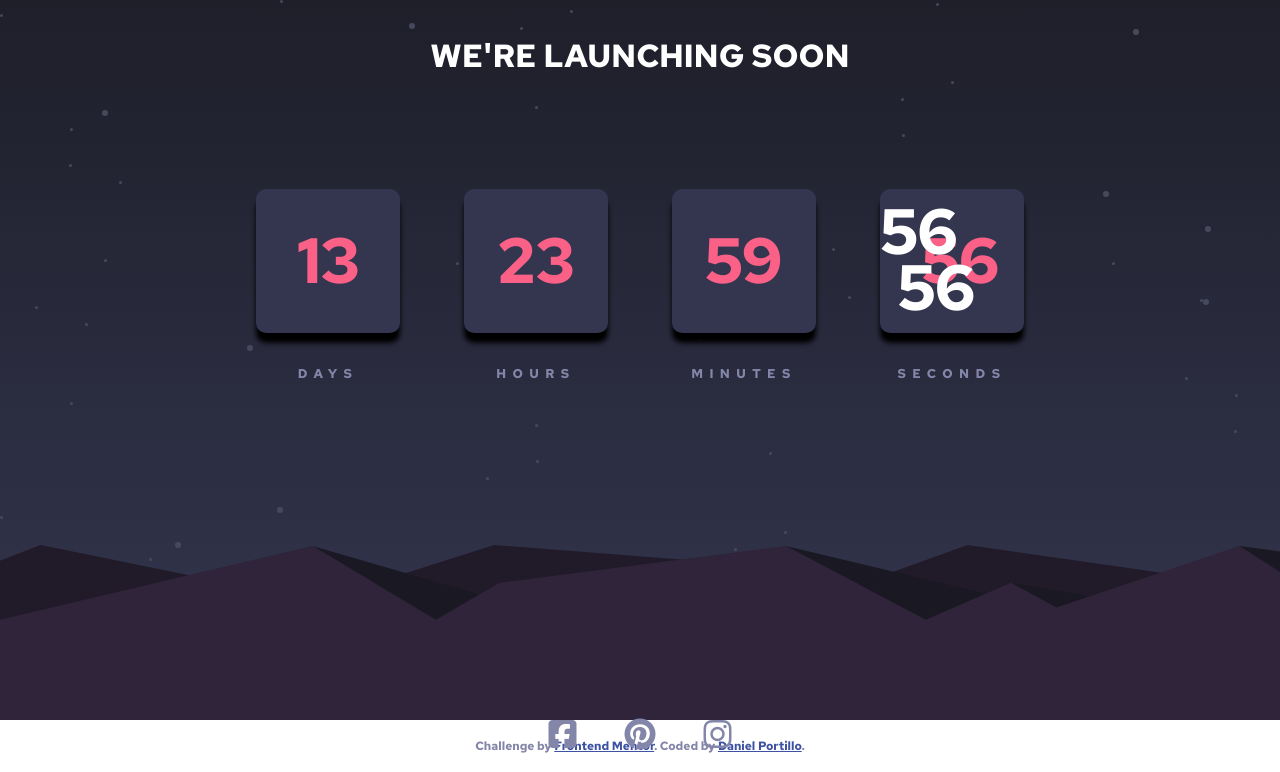
Repository: dportillo23/launch-countdown-timer-main
Page: index.html
The author's editor kept a copy of each file at every save. The page is drawn from the files as they stood at one save, then again after the next save.
The browser window is 1280 px wide. The pictures show the whole page.
Some web libraries are served in a nearby version. The style sheet was rebuilt from its Sass, Less or Tailwind sources for each picture, by a compiler version that may differ from the author's.

Above is the page before, as saved 2021-06-28 18:13:37.

### index.html
<!DOCTYPE html>
<html lang="en">

<head>
  <meta charset="UTF-8">
  <meta name="viewport" content="width=device-width, initial-scale=1.0">

  <!-- displays site properly based on user's device -->
  <link rel="stylesheet" href="style.css">
  <link rel="icon" type="image/png" sizes="32x32" href="./images/favicon-32x32.png">

  <!-- Fontawesome connection -->
  <script src="https://kit.fontawesome.com/22e099610c.js" crossorigin="anonymous"></script>
  <link rel="stylesheet" href="path/to/font-awesome/css/font-awesome.min.css">

  <!-- Google fonts -->
  <link rel="preconnect" href="https://fonts.gstatic.com">
  <link href="https://fonts.googleapis.com/css2?family=Red+Hat+Text:wght@700&display=swap" rel="stylesheet">

  <title>Frontend Mentor | Launch countdown timer</title>

</head>

<body>
  <div class="header">
    <div class="container">

      <h1 class="title">We're launching soon</h1>

      <!-- Cards Section -->
      <div class="cards--section">

        <!-- Days card -->
        <div class="cards--container">
          <div class="card--number--container days" id="days">
            14
          </div>
          <h3 class="card--subtitle">Days</h3>
        </div>

        <!-- Hours card -->
        <div class="cards--container">
          <div class="card--number--container front  hours" id="hours">
            00
          </div>
          <h3 class="card--subtitle">Hours</h3>
        </div>

        <!-- Minutes card -->
        <div class="cards--container">
          <div class="card--number--container  minutes" id="minutes">
            00
          </div>
          <h3 class="card--subtitle">Minutes</h3>
        </div>

        <!-- Seconds card -->
        <div class="cards--container">
          <div class="card--number--container seconds" data-value="" id="seconds">
           00
          </div>
          <h3 class="card--subtitle">Seconds</h3>
        </div>
      </div>

      <!-- Social media icons section -->
      <div class="social--container">
        <img src="./images/pattern-hills.svg" alt="hills" srcset="">
        <a href=""><i class="fab fa-facebook-square"></i></a></i><a href=""><i class="fab fa-pinterest"></i></a><a
          href=""><i class="fab fa-instagram"></i></a></div>
    </div>
  </div>

<!-- Footer -->
  <footer>
    <div class="attribution">
      Challenge by <a href="https://www.frontendmentor.io?ref=challenge" target="_blank">Frontend Mentor</a>.
      Coded by <a href="https://dportillo23.github.io/My-Personal-Site/">Daniel Portillo</a>.
    </div>
  </footer>

  <script src="app.js"></script>
</body>

</html>

### app.js
// Constants and DOM objects
const seconds = 1000;
const minutes = seconds * 60;
const hours = minutes * 60;
const days = hours * 24;



//  Timer elements
const timeDays = document.getElementById("days");
const timeHours = document.getElementById("hours");
const timeMinutes = document.getElementById("minutes");
const timeSeconds = document.getElementById("seconds");

// Cards Elements
const daysContainer = document.querySelector(".days");
const hoursContainer = document.querySelector(".hours");
const minutesContainer = document.querySelector(".minutes");
const secondsContainer = document.querySelector(".seconds");




// Functions
function difference(endTime, startTime) {
    return endTime - startTime;
}

function addLeadingZero(num) {
    if (num < 10) {
        num = "0" + num;
    }
    return num;
}


function flipCard(card) {
    card.classList.toggle("flipped");
}


//  Interval to make the countdown
var counter = 0
var leftTime = {
    d: [],
    h: [],
    m: [],
    s: [],
}

//Change 60 for 00
const sixtyToZero = num => {
    if (num == 60) {
        num = "00"
    }

    return num
}

// Set counter final day
const finish = new Date();
finish.setDate(finish.getDate() + 14);

// Start countdown
setInterval(() => {
    const actualTime = new Date();
    const timeDifference = difference(finish, actualTime);

    if (counter === 0) {
        leftTime = {
            d: [Math.floor(timeDifference / days), Math.floor(timeDifference / days)],
            h: [Math.floor((timeDifference % days)/ hours ), Math.floor((timeDifference % days)/ hours )],
            m: [Math.floor((timeDifference % hours) / minutes), Math.floor((timeDifference % hours) / minutes)],
            s: [Math.floor((timeDifference % minutes) / seconds) + 1, Math.floor((timeDifference % minutes) / seconds) + 1],
        }

    } else {
        leftTime = {
            d: [Math.floor(timeDifference / days), leftTime.d[0]],
            h: [Math.floor((timeDifference % days)/ hours ), leftTime.h[0]],
            m: [Math.floor((timeDifference % hours) / minutes), leftTime.m[0]],
            s: [Math.floor((timeDifference % minutes) / seconds) + 1, leftTime.s[0]],
        }
    }


    // Add leading zero if needed
    for (const item in leftTime) {
        leftTime[item] = leftTime[item].map(num => addLeadingZero(num))
    }


    //  Change numbers in HTML
    secondsContainer.setAttribute("data-value", leftTime.s[0])
    timeDays.innerHTML = sixtyToZero(leftTime.d[0]);
    timeHours.innerHTML = sixtyToZero(leftTime.h[0]);
    timeMinutes.innerHTML = sixtyToZero(leftTime.m[0]);
    timeSeconds.innerHTML = sixtyToZero(leftTime.s[0]);

    counter += 1

    console.log(leftTime)

}, 500);

### style.scss
*, *::before, *::after {
    box-sizing: border-box;
    margin: 0;
}

$col-ppal: hsl(237, 18%, 59%);
$col-red: hsl(345, 95%, 68%);

$col-dark: hsl(236, 21%, 26%);
$col-dark-blue: hsl(235, 16%, 14%);
$col-darker: hsl(234, 17%, 12%);

body {
    font-family: 'Red Hat Text', sans-serif;
    color: $col-ppal;
}

.header {
    min-height: 100vh;
    display: flex;
    flex-direction: column;
    justify-content: center;
    align-items: center;
    background: linear-gradient($col-dark-blue, $col-dark);
}

.container {
    min-height: 100vh;
    width: 100%;
    display: flex;
    flex-direction: column;
    justify-content: center;
    align-items: center;
    gap: 7em;
    position: relative;
    background: url('./images/bg-stars.svg');
}

.title {
    text-transform: uppercase;
    color: #fff;
}

// Cards Secition

.cards--section {
    display: flex;
    gap: 4em;
}

.cards--container {
    display: flex;
    flex-direction: column;
    gap: 2em;
    justify-content: center;
    align-items: center;
}

.card--number--container {
    display: flex;
    justify-content: center;
    align-items: center;
    padding: 1em;
    width: 2.25em;
    height: 2.25em;
    background-color: $col-dark;
    border-radius: 10px;
    box-shadow: 0 10px 5px black;
    position: relative;
    overflow: hidden;
    transition: all 0.5s ease;
    backface-visibility: hidden;
    transform: rotateX(0deg);
    color: $col-red;
    font-size: 4rem;

    &::before {
        content: attr(data-value);
        width: 100%;
        height: 100%;
        color: white;
        // position: absolute;
        // top: 50%;
        // left: 50%;
        transform: translate(-50%, -50%);
    }

    &::after {
        content: attr(data-value);
        width: 100%;
        height: 100%;
        color: white;
        position: absolute;
        top: 50%;
        left: 50%;
        transform: translate(-50%, -50%);
    }
}

.card--subtitle {
    text-transform: uppercase;
    letter-spacing: 0.5em;
    font-size: 0.8em;
}

// Social media section

.social--container {
    width: 100%;
    height: 100%;
    padding-top: 10em;
    display: flex;
    align-items: center;
    justify-content: center;
    gap: 3em;
    // background: lightblue;

    img {
        width: 100%;

        position: absolute;
        z-index: 0;
        bottom: 0;
    }
}

.fab {
    position: relative;
    top: 2em;
    z-index: 1;
    font-size: 2rem;
    color:$col-ppal;

    &:hover {
        color: $col-red;
    }
}

// Footer

.attribution {
    padding: 1.5em;
    font-size: 12px; text-align: center;
    a {
        color: hsl(228, 45%, 44%);
    }
}

After the next save:
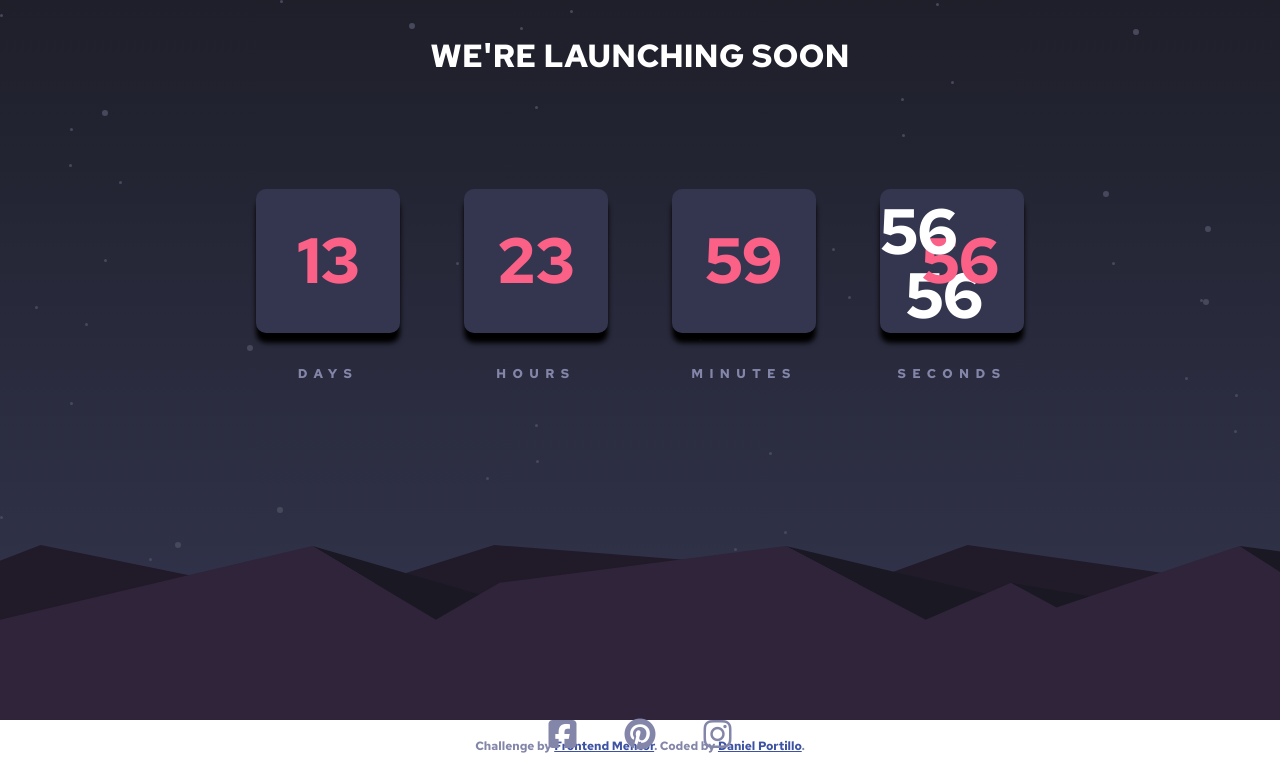
Saved 8 s later.
--- a/style.scss
+++ b/style.scss
@@ -82,7 +82,7 @@ body {
         // position: absolute;
         // top: 50%;
         // left: 50%;
-        transform: translate(-50%, -50%);
+        // transform: translate(-50%, -50%);
     }
 
     &::after {
